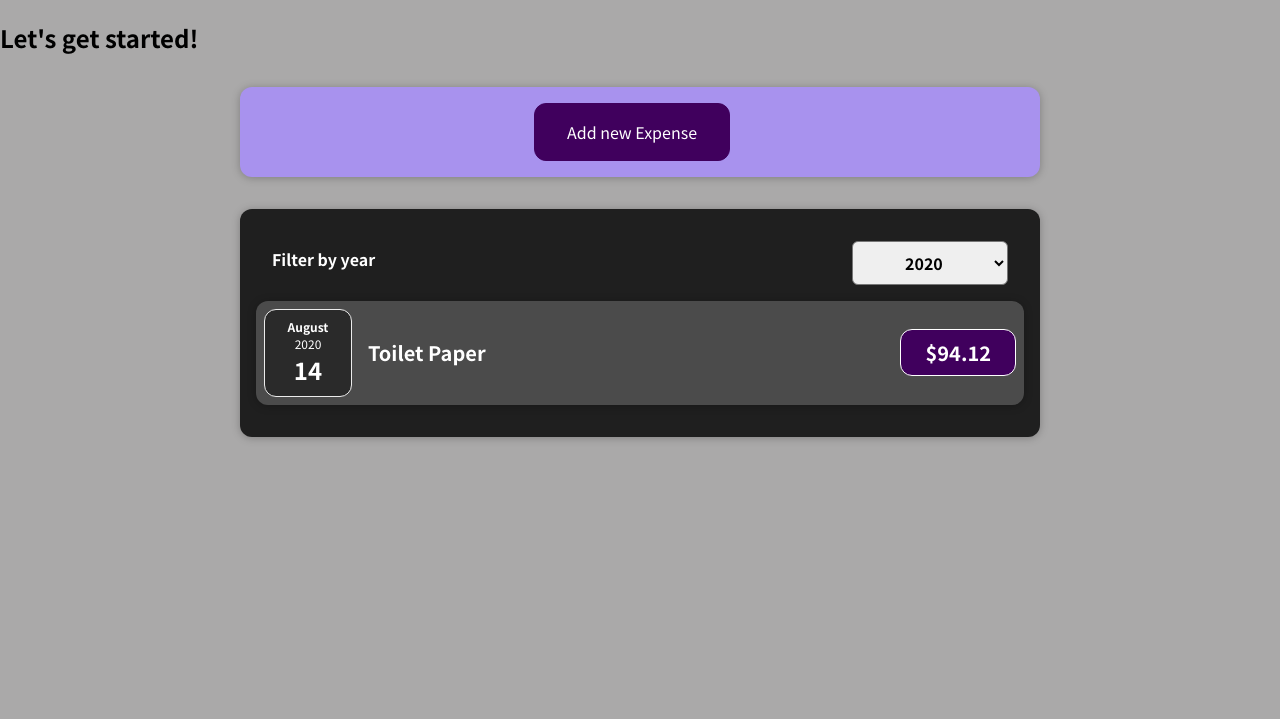
Repository: otvertka/MSC
Page: /
These files come from the project's save history. The page is drawn as it stood at one moment and after the next save; the edit follows.
The browser window is 1280 px wide. The pictures show the whole page.
The project was rebuilt for these pictures with package versions that can differ from the ones it lists, and the page was loaded fresh each time.

Above is the page before, as saved 2023-07-01 11:38:06.

### src/index.css
@import url("https://fonts.googleapis.com/css2?family=Noto+Sans+JP:wght@400;700&display=swap");

* {
  box-sizing: border-box;
}

html {
  font-family: "Noto Sans JP", sans-serif;
}

body {
  margin: 0;
  background-color: #aaa9a9;
}

### src/App.js
// import ExpenseItem from "./components/ExpenseItem";
import React, { useState } from "react";
import Expenses from "./components/Expenses/Expenses";
import NewExpense from "./components/NewExpense/NewExpense";

const DUMMY_EXPENSES = [
  {
    id: "e1",
    title: "Toilet Paper",
    amount: 94.12,
    date: new Date(2020, 7, 14),
  },
  { id: "e2", title: "New TV", amount: 799.49, date: new Date(2021, 2, 12) },
  {
    id: "e3",
    title: "Car Insurance",
    amount: 294.67,
    date: new Date(2021, 2, 28),
  },
  {
    id: "e4",
    title: "New Desk (Wooden)",
    amount: 450,
    date: new Date(2021, 5, 12),
  },
];

const App = () => {
  const [expenses, setExpenses] = useState(DUMMY_EXPENSES);

  const addExpenseHandler = (expense) => {
    setExpenses((prevExpenses) => {
      return [expense, ...prevExpenses];
    });
    // setExpenses([expense, ...expenses]);
  };

  return (
    <div>
      <h2>Let's get started!</h2>
      <NewExpense onAddExpense={addExpenseHandler} />
      <Expenses items={expenses} />
    </div>
  );
};

export default App;

### src/components/Expenses/Expenses.js
import React, { useState } from "react";

import "./Expenses.css";
import Card from "../UI/Card";
import ExpensesFilter from "./ExpensesFilter";
import ExpensesList from "./ExpensesList";

const Expenses = (props) => {
  const [filteredYear, setFilteredYear] = useState("2020");

  const filterChangeHandler = (selectedYear) => {
    setFilteredYear(selectedYear);
  };

  const filteredExpenses = props.items.filter((expense) => {
    return expense.date.getFullYear().toString() === filteredYear;
  });

  return (
    <div>
      <Card className="expenses">
        <ExpensesFilter
          selected={filteredYear}
          onChangeFilter={filterChangeHandler}
        />
        <ExpensesList items={filteredExpenses} />
      </Card>
    </div>
  );
};

export default Expenses;

### src/components/NewExpense/NewExpense.js
import React, { useState } from "react";
import ExpenseForm from "./ExpenseForm";
import "./NewExpense.css";

const NewExpense = (props) => {
  const [isEditing, setIsEditing] = useState(false);

  const startEditingHandler = (event) => {
    setIsEditing(!isEditing);
    event.target.className = "hide";
  };

  // if (isVisible === false) {
  //   return (
  //     <div>
  //       <button onClick={startEditingHandler}>Add new Expense</button>
  //     </div>
  //   );
  // }

  const saveExpenseDataHandler = (enteredExpenseData) => {
    const expenseData = {
      ...enteredExpenseData,
      id: Math.random().toString(),
    };
    props.onAddExpense(expenseData);
  };

  return (
    <div className="new-expense">
      <button className="" onClick={startEditingHandler}>
        Add new Expense
      </button>
      {isEditing && <ExpenseForm onSaveExpenseData={saveExpenseDataHandler} />}
    </div>
  );
};
export default NewExpense;

### src/components/Expenses/ExpensesFilter.js
import React from "react";

import "./ExpensesFilter.css";

// const ExpensesFilter = (props) => {
//     const chooseExpenseFilter = (choosingFilterData)=> {
//         const choosingData = {
//             choosingFilterData
//         }
//         props.onChooseFilter(choosingData)
//     }
const ExpensesFilter = (props) => {
  const dropdownChangeHandler = (event) => {
    props.onChangeFilter(event.target.value);
  };
  return (
    <div className="expenses-filter">
      <div className="expenses-filter__control">
        <label>Filter by year</label>
        <select value={props.selected} onChange={dropdownChangeHandler}>
          <option value="2022">2022</option>
          <option value="2021">2021</option>
          <option value="2020">2020</option>
          <option value="2019">2019</option>
        </select>
      </div>
    </div>
  );
};

export default ExpensesFilter;

### src/components/Expenses/ExpensesList.js
import React from "react";
import ExpenseItem from "./ExpenseItem";
import "./ExpensesList.css";
const ExpensesList = (props) => {
  if (props.items.length === 0) {
    return <h2 className="expenses-list__fallback">Not found expenses.</h2>;
  }

  return (
    <ul className="expenses-list">
      {props.items.map((expense) => (
        <ExpenseItem
          key={expense.id}
          title={expense.title}
          amount={expense.amount}
          date={expense.date}
        />
      ))}
    </ul>
  );
};

export default ExpensesList;

### src/components/NewExpense/NewExpense.css
.new-expense {
  background-color: #a892ee;
  padding: 1rem;
  margin: 2rem auto;
  width: 50rem;
  max-width: 95%;
  border-radius: 12px;
  text-align: center;
  box-shadow: 0 1px 8px rgba(0, 0, 0, 0.25);
}

.new-expense button {
  font: inherit;
  cursor: pointer;
  padding: 1rem 2rem;
  border: 1px solid #40005d;
  background-color: #40005d;
  color: white;
  border-radius: 12px;
  margin-right: 1rem;
}

.new-expense button:hover,
.new-expense button:active {
  background-color: #510674;
  border-color: #510674;
}

.new-expense button.alternative {
  color: #220131;
  border-color: transparent;
  background-color: transparent;
}

.new-expense button.alternative:hover,
.new-expense button.alternative:active {
  background-color: #ddb3f8;
}

.hide {
  display: none;
}

### src/components/Expenses/ExpenseItem.js
import React from "react";
import Card from "../UI/Card";
import ExpenseDate from "./ExpenseDate";
import "./ExpenseItem.css";

const ExpenseItem = (props) => {
  return (
    <li>
      <Card className="expense-item">
        <ExpenseDate date={props.date} />
        <div className="expense-item__description">
          <h2>{props.title}</h2>
          <div className="expense-item__price">${props.amount}</div>
        </div>
      </Card>
    </li>
  );
};

export default ExpenseItem;

### src/components/Expenses/ExpenseItem.css
.expense-item {
  display: flex;
  justify-content: space-between;
  align-items: center;
  padding: 0.5rem;
  margin: 1rem 0;
  background-color: #4b4b4b;
}

.expense-item__description {
  display: flex;
  flex-direction: column;
  gap: 1rem;
  align-items: flex-end;
  flex-flow: column-reverse;
  justify-content: flex-start;
  flex: 1;
}

.expense-item h2 {
  color: #3a3a3a;
  font-size: 1rem;
  flex: 1;
  margin: 0 1rem;
  color: white;
}

.expense-item__price {
  font-size: 1rem;
  font-weight: bold;
  color: white;
  background-color: #40005d;
  border: 1px solid white;
  padding: 0.5rem;
  border-radius: 12px;
}

@media (min-width: 580px) {
  .expense-item__description {
    flex-direction: row;
    align-items: center;
    justify-content: flex-start;
    flex: 1;
  }

  .expense-item__description h2 {
    font-size: 1.25rem;
  }

  .expense-item__price {
    font-size: 1.25rem;
    padding: 0.5rem 1.5rem;
  }
}

### src/components/NewExpense/ExpenseForm.js
import React, { useState } from "react";
import "./ExpenseForm.css";

const ExpenseForm = (props) => {
  const [enteredTitle, setEnteredTitle] = useState("");
  const [enteredAmount, setEnteredAmount] = useState("");
  const [enteredDate, setEnteredDate] = useState("");

  // const [userInput, setUserInput] = useState({
  //   enteredTitle: "",
  //   enteredAmount: "",
  //   enteredDate: "",
  // });

  const titleChangeHandler = (event) => {
    setEnteredTitle(event.target.value);
    // console.log(event.target.value);
    // setUserInput({
    //   ...userInput,
    //   enteredTitle: event.target.value,
    // });
    // console.log(enteredTitle);

    // setUserInput((prevState) => {
    //   return { ...prevState, enteredTitle: event.target.value };
    // });
  };

  const amountChangeHandler = (event) => {
    setEnteredAmount(event.target.value);
    // console.log(event.target.value);
    // setUserInput({
    //   ...userInput,
    //   enteredAmount: event.target.value,
    // });
    // console.log(enteredAmount);
  };

  const dateChangeHandler = (event) => {
    setEnteredDate(event.target.value);
    // setUserInput({
    //   ...userInput,
    //   enteredDate: event.target.value,
    // });
    // console.log(enteredDate);
  };

  // альтернативный способ в 1 функции
  // const inputChangeHandler = (identifier, value) => {
  //   if (identifier === "title") {
  //     setEnteredTitle(value);
  //   } else if (identifier === "date") {
  //     setEnteredDate(value);
  //   } else {
  //     setEnteredAmount(value);
  //   }
  //   console.log(value);
  // };

  const submitHandler = (event) => {
    event.preventDefault();

    const expenseData = {
      title: enteredTitle,
      amount: enteredAmount,
      date: new Date(enteredDate),
    };
    props.onSaveExpenseData(expenseData); //  <ExpenseForm onSaveExpenseData={saveExpenseDataHandler} />
    setEnteredTitle("");
    setEnteredAmount("");
    setEnteredDate("");
  };
  return (
    <div>
      <form onSubmit={submitHandler}>
        <div className="new-expense__controls">
          <div className="new-expense__control">
            <label>Title</label>
            <input
              type="text"
              value={enteredTitle}
              onChange={titleChangeHandler}
            />
          </div>
          <div className="new-expense__control">
            <label>Amount</label>
            <input
              type="number"
              min="0.01"
              step="0.01"
              value={enteredAmount}
              onChange={amountChangeHandler}
            />
          </div>
          <div className="new-expense__control">
            <label>Date</label>
            <input
              type="date"
              min="2019-01-01"
              max="2022-12-31"
              value={enteredDate}
              onChange={dateChangeHandler}
            />
          </div>
        </div>
        <div className="new-expense__actions">
          <button type="reset">Cancel</button>
          <button type="submit">Add Expense</button>
        </div>
      </form>
    </div>
  );
};

export default ExpenseForm;

////////////// TODO
// import React, {useState} from 'react';

// import './styles.css';

// // don't change the Component name "App"
// export default function App() {
//     const [count, setCount] = React.useState(0);

// const changeCount =(event)=> {
//     setCount(event.target.value++);
// }

//     return (
//       <div>
//         <p id="counter">{count}</p>
//         <button onClick={changeCount}>Increment</button>
//       </div>
//     );
// }

Loaded but not shown: public/index.html (common file); src/index.js (common file); src/components/Expenses/Expenses.css (common file); src/components/UI/Card.js (common file); src/components/UI/Card.css (common file); src/components/Expenses/ExpensesFilter.css (common file); src/components/Expenses/ExpensesList.css (common file); src/components/Expenses/ExpenseDate.js (common file); src/components/Expenses/ExpenseDate.css (common file); src/components/NewExpense/ExpenseForm.css (common file)

After the next save:
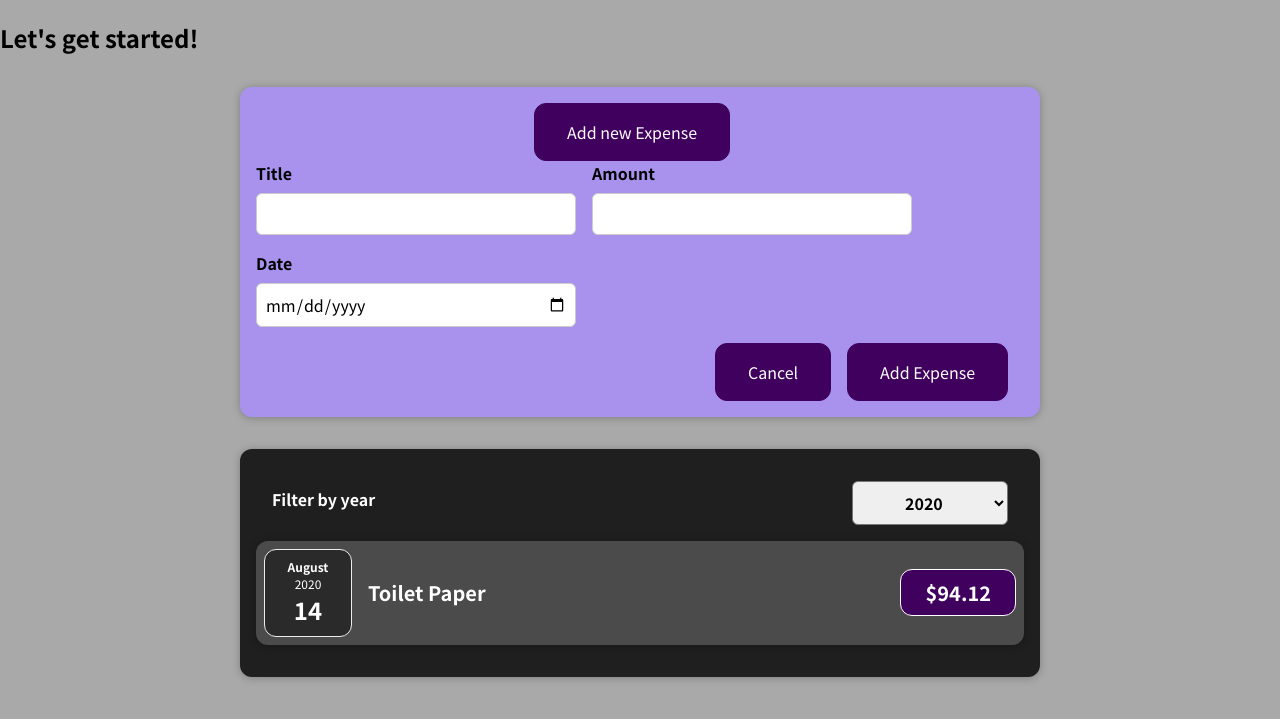
Saved 115 s later.
--- a/src/components/NewExpense/NewExpense.js
+++ b/src/components/NewExpense/NewExpense.js
@@ -31,7 +31,7 @@
       <button className="" onClick={startEditingHandler}>
         Add new Expense
       </button>
-      {isEditing && <ExpenseForm onSaveExpenseData={saveExpenseDataHandler} />}
+      {!isEditing && <ExpenseForm onSaveExpenseData={saveExpenseDataHandler} />}
     </div>
   );
 };

After the 3 saves that followed:
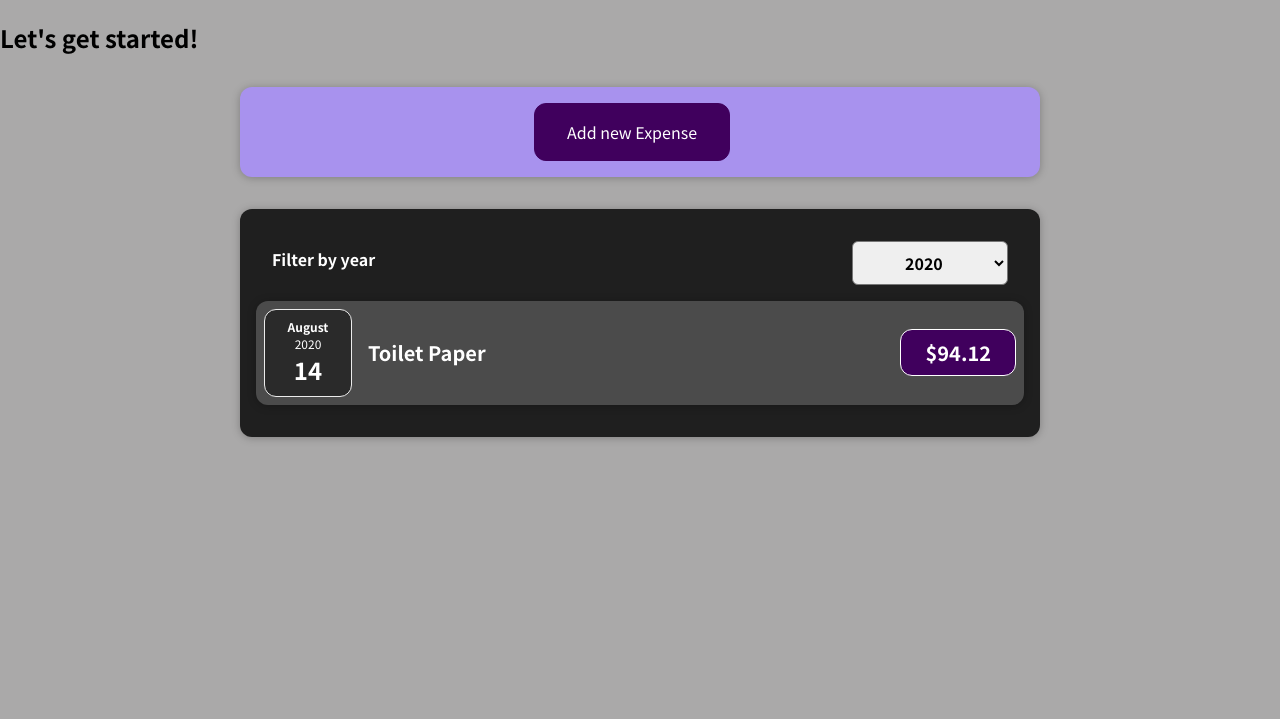
The 3 saves are shown as one change because 1 did not build or start and 1 left the picture as it was.
The last was saved 2 min 38 s later.
--- a/src/components/NewExpense/NewExpense.js
+++ b/src/components/NewExpense/NewExpense.js
@@ -28,10 +28,12 @@
 
   return (
     <div className="new-expense">
-      <button className="" onClick={startEditingHandler}>
-        Add new Expense
-      </button>
-      {!isEditing && <ExpenseForm onSaveExpenseData={saveExpenseDataHandler} />}
+      {!isEditing && (
+        <button className="" onClick={startEditingHandler}>
+          Add new Expense
+        </button>
+      )}
+      {isEditing && <ExpenseForm onSaveExpenseData={saveExpenseDataHandler} />}
     </div>
   );
 };
